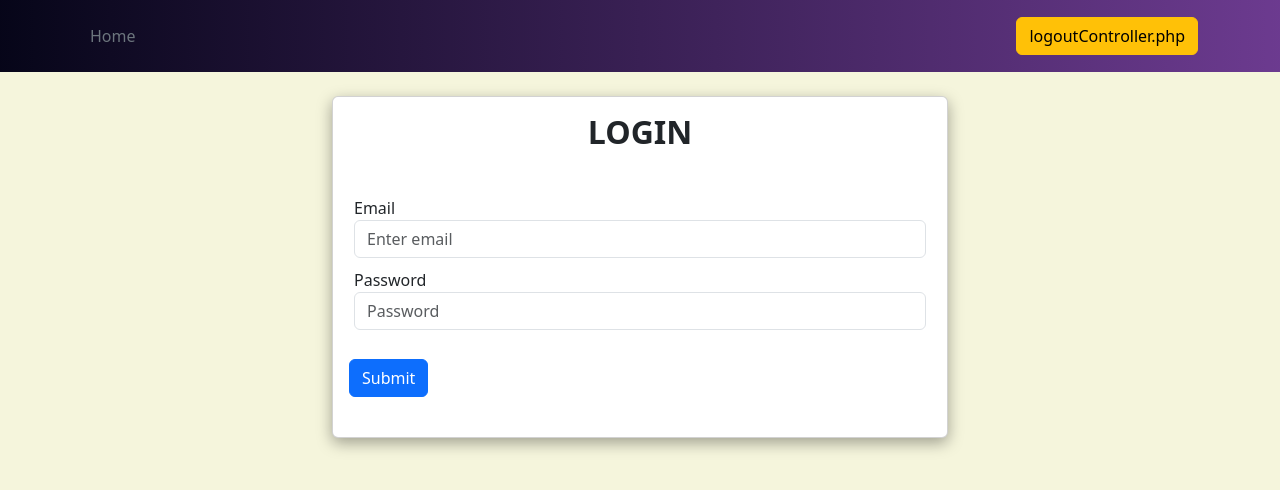
Repository: professorsourabh/php_membership
Page: http://localhost/MVC-Assignment/view/dashboard.php
These files come from the project's save history. The page is drawn as it stood at one moment and after the next save; the edit follows.
The browser window is 1280 px wide. The pictures show the whole page.
The page is run by PHP 8.4 with error messages shown; the project is at /var/www/html/.

Above is the page before, as saved 2023-07-08 18:47:39.

After the next save:
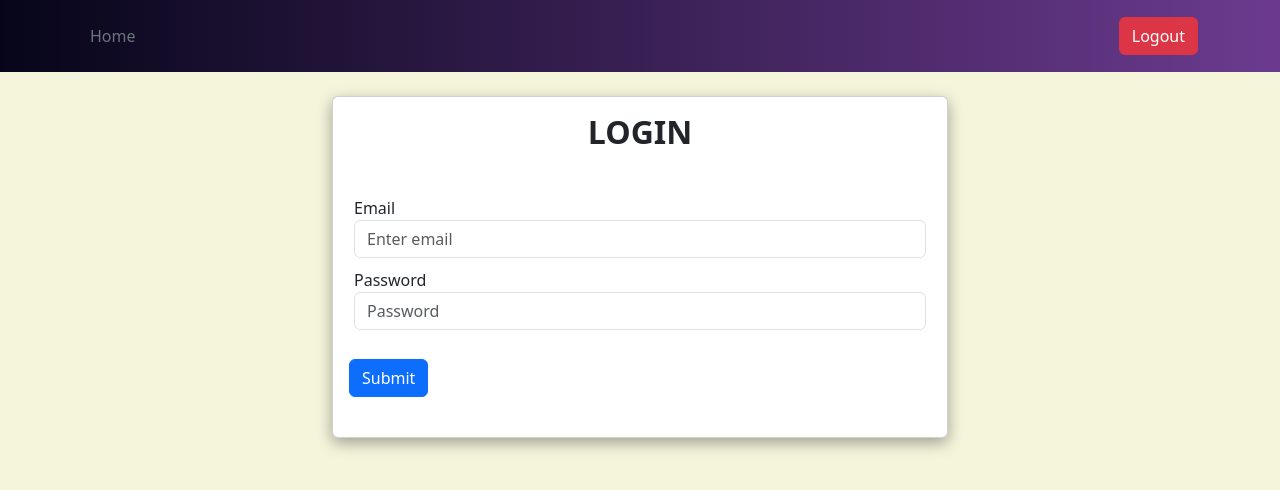
Saved 34 s later.
--- a/view/dashboard.php
+++ b/view/dashboard.php
@@ -22,7 +22,7 @@
 
             <div class="text-end">
 
-              <a type="button" class="btn btn-warning" href="index.html">logoutController.php</a>
+              <a type="button" class="btn btn-danger" href="../controller/logoutController.php">Logout</a>
             </div>
           </div>
         </div>
